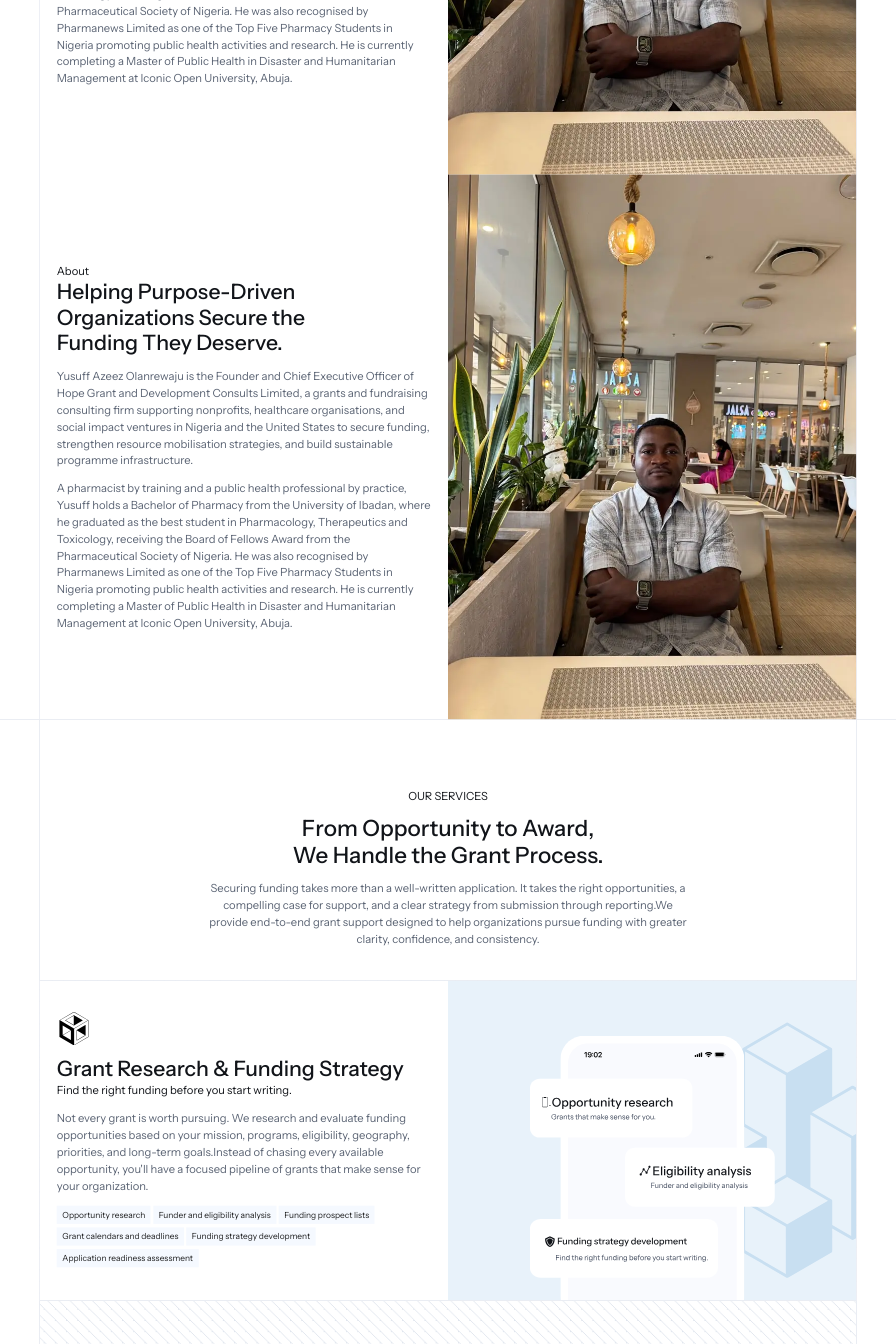
Repository: Ajeyinka/Upgrowth
Page: about.html
An editor plug-in stored every save of this project. The page is shown before and after the next save, followed by the edit.
The browser window is 1280 px wide. The pictures show the part of the page from y = 528 to 2448 px (the page is 5644 px tall before and 5440 px after), at 70% of full size.

Above is the page before, as saved 2026-09-24 18:38:34.

### about.html
<!doctype html>
<html lang="en">
  <head>
    <meta charset="UTF-8" />
    <meta name="viewport" content="width=device-width, initial-scale=1.0" />
     <meta
      name="description"
      content="Granted Advisors specialize in helping you scale your impact and secure resources they need to fulfill their mission"
    />
    <meta name="author" content="designer_0layinka" />
    <meta name="robots" content="index, follow" />
    <title>UpGrowth Consulting | grant writing service</title>
    <link rel="stylesheet" href="styles.css" />
    <link rel="icon" type="image/svg" href="images/logo.svg">
     <script src="script.js" defer></script>
  </head>
  <body>

    <nav class="navbar">
      <div class="nav-wrapper">
        <a class="logo" href="/">
           Hope Consults
        </a>

      <ul class="nav-list">
        <li><a href="#about">About Us</a></li>
        <li><a href="#services">Services</a></li>
        <li><a href="#approach">Approach</a></li>
        <li><a href="#faq">Faq</a></li>
      </ul>
      <div class="btn-wrap">
        <a href="contact.html" class="primary-btn"
          >Get in Touch
           <svg xmlns:xlink="http://www.w3.org/1999/xlink"  width="100%" height="100%" viewBox="0 0 16 17" fill="currentColor" xmlns="http://www.w3.org/2000/svg">
<path opacity="0.5" d="M2.66659 8C2.53398 8 2.4068 8.05268 2.31303 8.14645C2.21926 8.24021 2.16659 8.36739 2.16659 8.5C2.16659 8.63261 2.21926 8.75978 2.31303 8.85355C2.4068 8.94732 2.53398 9 2.66659 9L2.66659 8ZM2.66659 9L13.3333 9L13.3333 8L2.66659 8L2.66659 9Z" fill="currentColor"></path>
<path d="M13.9152 8.02637C14.1555 8.32095 14.138 8.75567 13.8634 9.03028L9.86341 13.0303C9.57051 13.3232 9.09575 13.3232 8.80286 13.0303C8.50997 12.7374 8.50997 12.2626 8.80286 11.9697L12.2726 8.5L8.80286 5.03028C8.50997 4.73738 8.50997 4.26262 8.80286 3.96973C9.09575 3.67684 9.57052 3.67684 9.86341 3.96973L13.8634 7.96973L13.9152 8.02637Z" fill="currentColor"></path>
</svg>
        </a>
      </div>
      <div class="btn-toggle-hold">
              <a href="#" class="toggle_button" id="toggle_button">
                <span class="bar one"></span>
                <span class="bar two"></span>
                <span class="bar three"></span>
              </a>

            </div>

    </nav>
    <main>
         <section class="about-section" id="about">
  <div class="container_large">
    <div class="padding_globe">
      <div class="service-component">
        <div class="section-conten">

        <div class="two-col-grid">
            <div class="grid-text">
              <div>
                <div class="eye-brow">About</div>

                <h2>
                  Helping Purpose-Driven Organizations Secure the Funding They
                  Deserve.
                </h2>
              </div>

              <p>
                Yusuff Azeez Olanrewaju is the Founder and Chief Executive Officer of Hope Grant and Development Consults Limited, a grants and fundraising consulting firm supporting nonprofits, healthcare organisations, and social impact ventures in Nigeria and the United States to secure funding, strengthen resource mobilisation strategies, and build sustainable programme infrastructure.



              </p>
              <p>A pharmacist by training and a public health professional by practice, Yusuff holds a Bachelor of Pharmacy from the University of Ibadan, where he graduated as the best student in Pharmacology, Therapeutics and Toxicology, receiving the Board of Fellows Award from the Pharmaceutical Society of Nigeria. He was also recognised by Pharmanews Limited as one of the Top Five Pharmacy Students in Nigeria promoting public health activities and research. He is currently completing a Master of Public Health in Disaster and Humanitarian Management at Iconic Open University, Abuja.</p>
            </div>

            <div class="grid-image">
              <img src="images/consult.webp" alt="" />
            </div>
          </div>

           <div class="two-col-grid">
            <div class="grid-text">
              <div>
                <div class="eye-brow">About</div>

                <h2>
                  Helping Purpose-Driven Organizations Secure the Funding They
                  Deserve.
                </h2>
              </div>

              <p>
                Yusuff Azeez Olanrewaju is the Founder and Chief Executive Officer of Hope Grant and Development Consults Limited, a grants and fundraising consulting firm supporting nonprofits, healthcare organisations, and social impact ventures in Nigeria and the United States to secure funding, strengthen resource mobilisation strategies, and build sustainable programme infrastructure.



              </p>
              <p>A pharmacist by training and a public health professional by practice, Yusuff holds a Bachelor of Pharmacy from the University of Ibadan, where he graduated as the best student in Pharmacology, Therapeutics and Toxicology, receiving the Board of Fellows Award from the Pharmaceutical Society of Nigeria. He was also recognised by Pharmanews Limited as one of the Top Five Pharmacy Students in Nigeria promoting public health activities and research. He is currently completing a Master of Public Health in Disaster and Humanitarian Management at Iconic Open University, Abuja.</p>
            </div>

            <div class="grid-image">
              <img src="images/consult.webp" alt="" />
            </div>
          </div>

        </div>
      </div>
    </div>
  </div>
</section>

        <section class="service-section" id="services">
          <div class="container_large">
             <div class="padding_globe">
              <div class="service-component">
                 <div class="section-top">
                  <div class="section-top-text">
                        <div class="eye-brow">OUR SERVICES</div>
                        <h2>From Opportunity to Award, We Handle the Grant Process.</h2>
                         <p>Securing funding takes more than a well-written application. It takes the right opportunities, a compelling case for support, and a clear strategy from submission through reporting.We provide end-to-end grant support designed to help organizations pursue funding with greater clarity, confidence, and consistency.</p>
                  </div>

                 </div>
                 <div class="section-content">
                   <div class="two-col-grid">
                     <div class="grid-text">
                      <img src="images/grant.svg" alt="" srcset="">
                      <div>
                        <h3>Grant Research & Funding Strategy</h3>
                       <div class="eye-brow">Find the right funding before you start writing.</div>
                      </div>
                       <p>Not every grant is worth pursuing. We research and evaluate funding opportunities based on your mission, programs, eligibility, geography, priorities, and long-term goals.Instead of chasing every available opportunity, you'll have a focused pipeline of grants that make sense for your organization.</p>
                        <div class="tags">
                        <div class="tag">Opportunity research</div>
                        <div class="tag">Funder and eligibility analysis</div>
                        <div class="tag">Funding prospect lists</div>
                        <div class="tag">Grant calendars and deadlines</div>
                        <div class="tag">Funding strategy development</div>
                        <div class="tag">Application readiness assessment</div>
                       </div>
                     </div>
                     <div class="grid-image">
                      <img src="images/firstbg.svg" alt="" srcset="">
                      <img src="images/grand-research.svg" alt="" srcset="" class=" rsh">
                    </div>
                   </div>
                    <div class="two-col-grid">

                     <div class="grid-image">
                      <img src="images/secondbg.svg" alt="" srcset="">
                      <img src="images/grantwrite.svg" alt="" srcset="" class="top">
                    </div>
                    <div class="grid-text">
                      <img src="images/grant2.svg" alt="" srcset="">
                      <div>
                        <h3>Grant Writing & Proposal Development</h3>
                       <div class="eye-brow">Turn your mission into a case funders can believe in..</div>
                      </div>
                       <p>A strong proposal connects what your organization does with what funders care about. We transform your programs, goals, data, and impact into clear, persuasive applications built around each funder's requirements.From the first narrative to the final submission package, every detail is developed with clarity and purpose.</p>
                        <div class="tags">
                        <div class="tag">Proposal and narrative development</div>
                        <div class="tag">Letters of inquiry and concept notes</div>
                        <div class="tag">Goals, objectives, and outcomes</div>
                        <div class="tag">Budget narrative support</div>
                        <div class="tag">Application review and editing</div>
                        <div class="tag">Needs statements and program descriptions</div>
                       </div>
                     </div>
                   </div>
                    <div class="two-col-grid">
                     <div class="grid-text">
                      <img src="images/grant3.svg" alt="" srcset="">
                       <div>
                        <h3>Grant Management & Reporting</h3>
                       <div class="eye-brow">Stay funded after the award..</div>
                      </div>
                       <p>Winning a grant creates new responsibilities. Deadlines, reporting requirements, deliverables, renewals, and funder communication all need careful management.We help you stay organized and accountable throughout the grant lifecycle, while positioning your organization for stronger funder relationships and future opportunities.</p>
                       <div class="tags">
                        <div class="tag">Grant calendar management</div>
                        <div class="tag">Reporting and documentation</div>
                        <div class="tag">Progress and impact reports</div>
                        <div class="tag">Compliance tracking</div>
                        <div class="tag">Renewal applications</div>
                        <div class="tag">Funder communication support</div>
                        <div class="tag">Ongoing grant pipeline management</div>
                       </div>
                     </div>
                     <div class="grid-image">
                      <img src="images/thirdbg.svg" alt="" srcset="">
                      <img src="images/grantmanage.svg" alt="" srcset="" class="top">
                    </div>
                   </div>
                 </div>
              </div>
             </div>
          </div>
        </section>
        <section class="approach-section" id="approach">
          <div class="container_large">
             <div class="padding_globe">
              <div class="service-component">
                <div class="section-top">
                  <div class="section-top-text">
                        <div class="eye-brow">OUR APPROACH</div>
                        <h2>The Right Grant.The Right Story.The Right Strategy.</h2>
                         <p>Successful grant funding starts long before the application and continues after the award. Our approach brings research, strategy, writing, and grant management together into one clear process, so every opportunity you pursue has purpose behind it.</p>
                  </div>

                 </div>
                 <div class="section-content">
                   <div class="three-col-grid">
                     <div class="approach-card">
                       <img src="images/grant4.svg" alt="">
                       <div>
                         <div class="eyebrow">DISCOVER</div>
                        <h3>We Start With Your Mission.</h3>
                       </div>
                       <p>Before we search for funding, we take the time to understand your organization, programs, goals, community, and funding priorities. This gives us the foundation to identify opportunities that truly align with the work you do.</p>
                       <div class="eyebrow">Understand the mission. Define the need. Set the direction.</div>
                     </div>
                     <div class="approach-card">
                       <img src="images/grant5.svg" alt="">
                       <div>
                         <div class="eyebrow">RESEARCH</div>
                         <h3>We Find the Right Opportunities.</h3>
                       </div>
                       <p>More grants don't always mean more funding. We research and qualify opportunities based on eligibility, alignment, funding priorities, deadlines, and your likelihood of being a strong candidate.</p>
                        <div class="eyebrow">Less chasing. More strategic opportunities.</div>
                     </div>
                      <div class="approach-card">
                       <img src="images/grant6.svg" alt="">
                       <div>
                         <div class="eyebrow">DEVELOP</div>
                         <h3>We Build a Compelling Case.</h3>
                       </div>
                       <p>We turn your programs, impact, data, and vision into a clear proposal tailored to each funder. Every application is developed to communicate not only what you need, but why your work deserves investment.</p>
                        <div class="eyebrow">Clear narratives. Strong applications. Funder-focused storytelling.</div>
                     </div>
                      <div class="approach-card">
                       <img src="images/grant.svg" alt="">
                       <div>
                         <div class="eyebrow">SUPPORT</div>
                         <h3>We Stay With You Beyond Submission.</h3>
                       </div>
                       <p>Our work doesn't have to end when you hit submit. We can help manage your grant pipeline, reporting requirements, renewals, deadlines, and future opportunities, giving you a more consistent approach to funding.</p>
                        <div class="eyebrow">From first opportunity to long-term funding strategy.</div>
                     </div>


                   </div>
                 </div>
              </div>

             </div>
          </div>
        </section>


        <section class="cta-section rel" id="cta">
          <div class="container_large">
             <div class="padding_globe">
                  <img src="images/bg.svg" alt="" class="bg">
                  <img src="images/bg1.svg" alt="" class="bg2">
                  <div class="cta-component">
                      <h2>Ready to discuss your funding needs?</h2>
                      <p>Schedule a Sales Discovery Call today!</p>
                       <div class="btn-wrapper">
                        <a href="contact.html" class="primary-btn"
                          >Get Grant Support
                           <svg xmlns:xlink="http://www.w3.org/1999/xlink"  width="100%" height="100%" viewBox="0 0 16 17" fill="currentColor" xmlns="http://www.w3.org/2000/svg">
                              <path opacity="0.5" d="M2.66659 8C2.53398 8 2.4068 8.05268 2.31303 8.14645C2.21926 8.24021 2.16659 8.36739 2.16659 8.5C2.16659 8.63261 2.21926 8.75978 2.31303 8.85355C2.4068 8.94732 2.53398 9 2.66659 9L2.66659 8ZM2.66659 9L13.3333 9L13.3333 8L2.66659 8L2.66659 9Z" fill="currentColor"></path>
                              <path d="M13.9152 8.02637C14.1555 8.32095 14.138 8.75567 13.8634 9.03028L9.86341 13.0303C9.57051 13.3232 9.09575 13.3232 8.80286 13.0303C8.50997 12.7374 8.50997 12.2626 8.80286 11.9697L12.2726 8.5L8.80286 5.03028C8.50997 4.73738 8.50997 4.26262 8.80286 3.96973C9.09575 3.67684 9.57052 3.67684 9.86341 3.96973L13.8634 7.96973L13.9152 8.02637Z" fill="currentColor"></path>
                          </svg>
                        </a>
                      </div>
                  </div>
             </div>
          </div>
        </section>

    </main>
      <footer>
             <div class="container_large">
               <div class="padding_globe">
                    <div class="footer-component">
                      <div class="col">
                        <img src="images/footerlogo.svg" alt="">
                        <p>Scale your funding opportunities</p>
                      </div>
                      <div class="col">
                        <h4>Navigate</h4>
                        <ul class="footer-links">
                            <li><a href="index.html#about">About Us</a></li>
                            <li><a href="index.html#services">Services</a></li>
                            <li><a href="index.html#approach">Approach</a></li>
                            <li><a href="contact.html">Get in Touch</a></li>
                        </ul>
                      </div>
                      <div class="col">
                        <h4>Services</h4>
                        <ul class="footer-links">
                            <li><a href="index.html#services">Grant Writing</a></li>
                            <li><a href="index.html#services">Grant Research</a></li>
                            <li><a href="index.html#services">Grant Management</a></li>
                            </ul>
                      </div>
                      <div class="col">
                        <h4>Legal</h4>
                        <ul class="footer-links">
                            <li><a href="privacy.html">Privacy notice</a></li>
                            <li><a href="cookie-policy.html">cookie policy</a></li>
                            <li><a href="contact.html">Contact Us</a></li>
                        </ul>
                      </div>
                      <div class="footer-btm">
                        <p>© 2024 UpGrowth.</p>
                      </div>
                    </div>
             </div>
        </footer>
  </body>
</html>

Loaded but not shown: images/grand-research.svg (58 lines, source omitted); images/grantmanage.svg (52 lines, source omitted); images/grantwrite.svg (95 lines, source omitted); images/footerlogo.svg (25 lines, source omitted); images/bg1.svg (4 lines, source omitted); images/bg.svg (5 lines, source omitted); images/grant4.svg (5 lines, source omitted); images/grant3.svg (3 lines, source omitted); images/grant5.svg (3 lines, source omitted); images/grant6.svg (3 lines, source omitted); images/grant2.svg (3 lines, source omitted); images/grant.svg (5 lines, source omitted); images/secondbg.svg (11 lines, source omitted); images/thirdbg.svg (4 lines, source omitted); script.js (76 lines, source omitted); styles.css (1070 lines, source omitted)

After the next save:
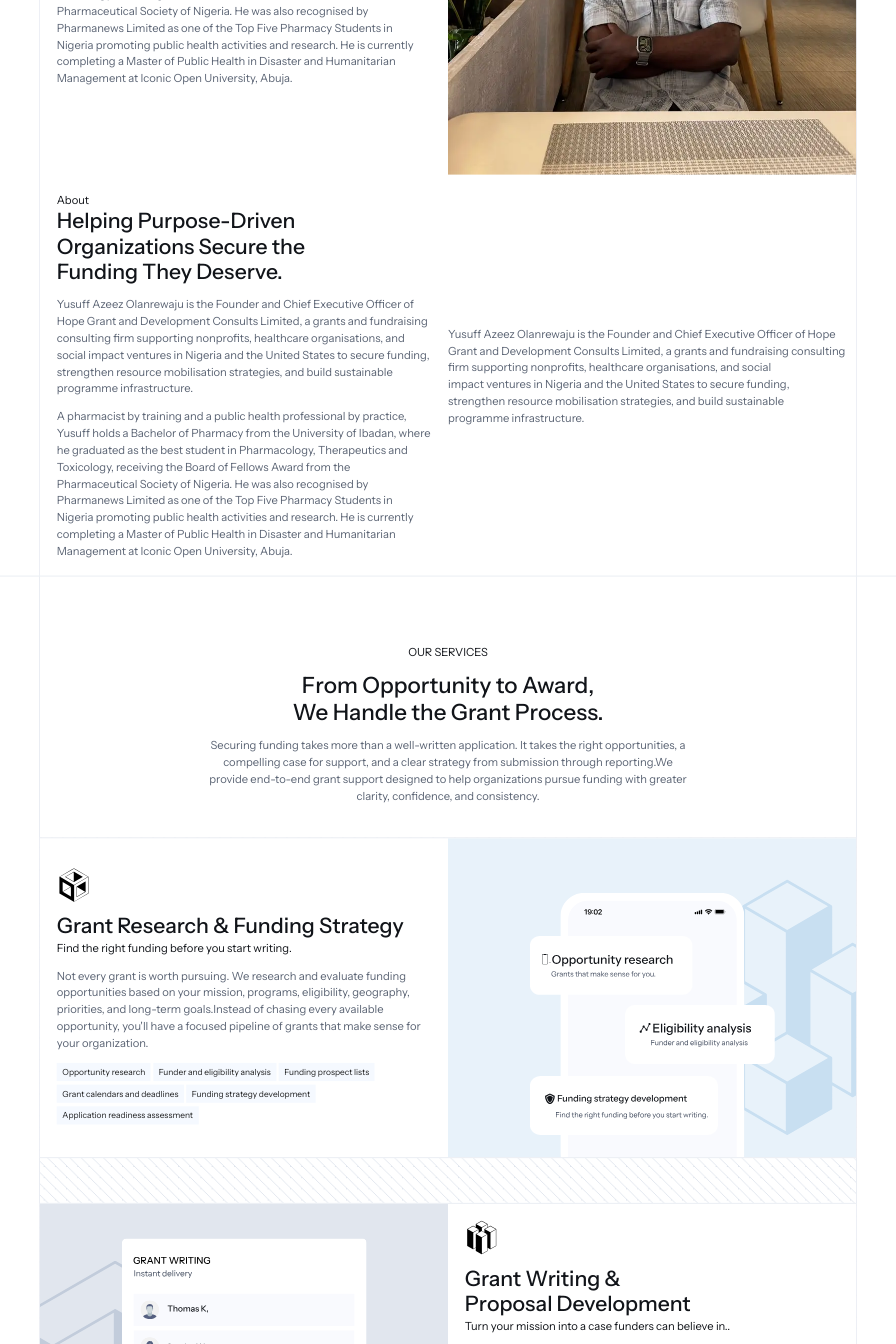
Saved 22 s later.
--- a/about.html
+++ b/about.html
@@ -100,7 +100,12 @@
             </div>
 
             <div class="grid-image">
-              <img src="images/consult.webp" alt="" />
+               <p>
+                Yusuff Azeez Olanrewaju is the Founder and Chief Executive Officer of Hope Grant and Development Consults Limited, a grants and fundraising consulting firm supporting nonprofits, healthcare organisations, and social impact ventures in Nigeria and the United States to secure funding, strengthen resource mobilisation strategies, and build sustainable programme infrastructure.
+
+
+
+              </p>
             </div>
           </div>
 
